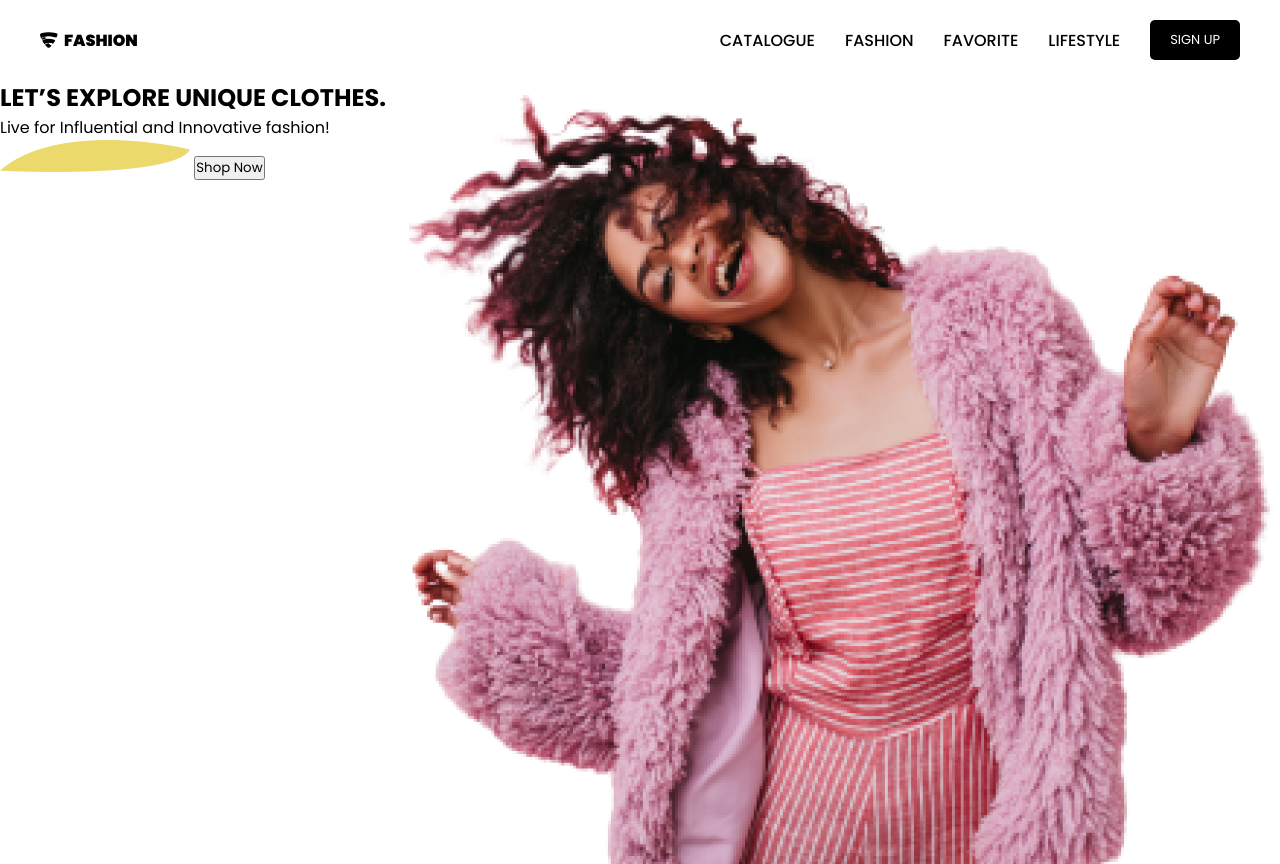
Repository: isaacCodes1/FashionSite2
Page: index.html
An editor plug-in stored every save of this project. The page is shown before and after the next save, followed by the edit.
The browser window is 1280 px wide. The pictures show the whole page.

Above is the page before, as saved 2024-03-11 12:18:35.

After the next save:
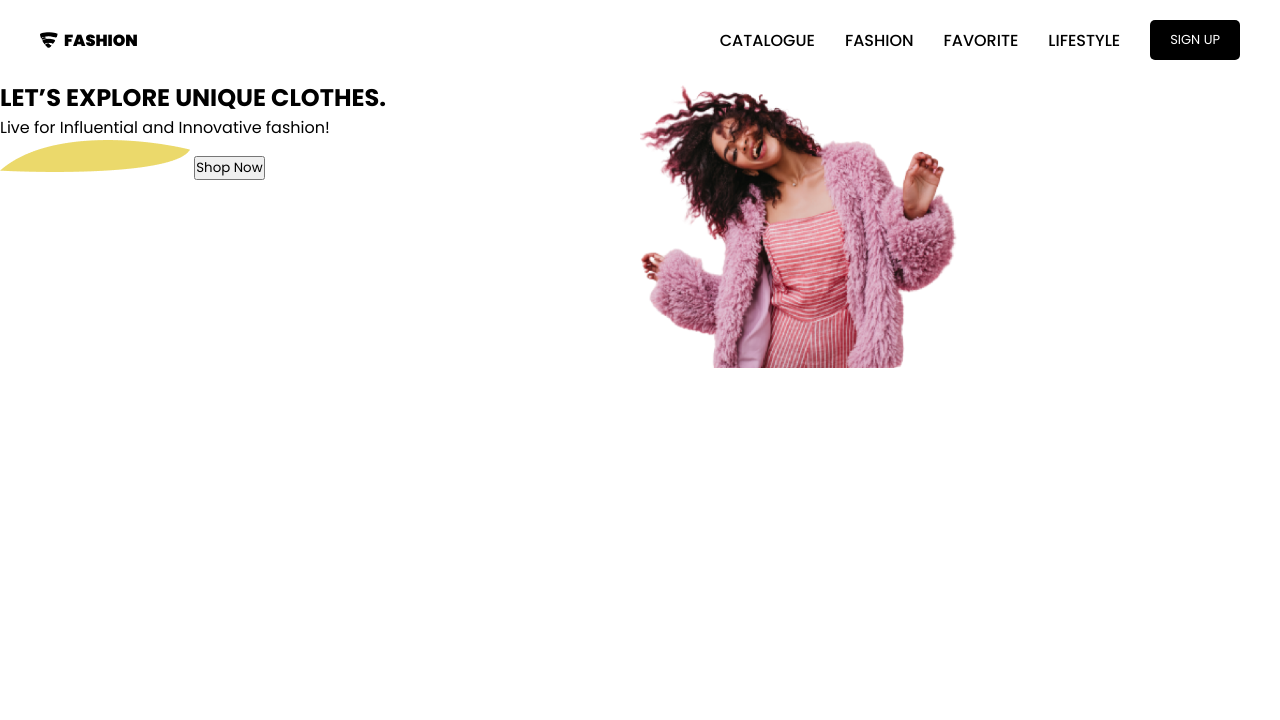
Saved 5 s later.
--- a/style.css
+++ b/style.css
@@ -76,6 +76,6 @@
   display: flex;
   width: 50%;
 }
-.imgContainer {
+.imgContainer img {
   width: 100%;
 }
